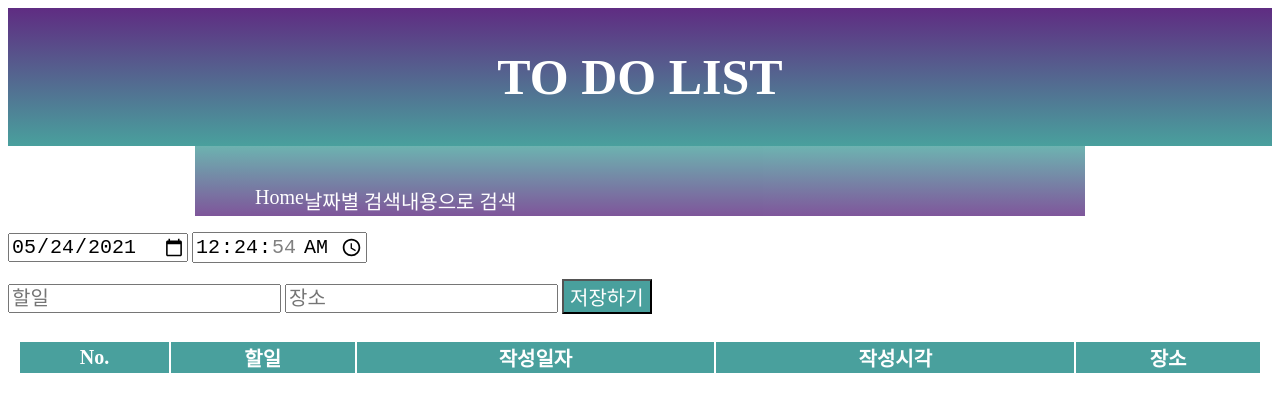
Repository: kimyoungjin98/Exam_Project
Page: http://localhost/Server_PR_TodoList/
The author's editor kept a copy of each file at every save. The page is drawn from the files as they stood at one save, then again after the next save.
The browser window is 1280 px wide. The pictures show the whole page.
Some web fonts or font styles are not loaded; a fallback is used. The page is served by Tomcat 9. Other server files are loaded and not shown. Queries for data that is not in the repository find no rows.

Above is the page before, as saved 2021-05-25 01:37:00.

### Server_PR_TodoList/src/main/webapp/WEB-INF/views/home.jsp
<%@ page language="java" contentType="text/html; charset=UTF-8"
    pageEncoding="UTF-8"%>
<%@ taglib uri="http://java.sun.com/jsp/jstl/core" prefix="c"%>
<c:set value="${pageContext.request.contextPath}" var="rootPath" />
<!DOCTYPE html>
<html>

<head>
<meta charset="UTF-8">
<title>어서오세요</title>
</head>
<script>
document.addEventListener("DOMContentLoaded",function(ev){

	document.querySelector("table")
	.addEventListener("click", function(ev){

		let tag = ev.target.tagName

		if(tag == "TD"){

			let seq = ev.target.closest("TR").dataset.seq

			document.location.href="${rootPath}/todo/view?td_seq=" + seq

		}

	})

})


</script>
<style>


@import url('https://fonts.googleapis.com/css2?family=Nanum+Gothic+Coding:wght@700&family=Roboto+Slab:wght@600&display=swap');
.jm-font {
		font-family: 'Nanum Gothic Coding', monospace;
		font-family: 'Roboto Slab', serif;
	}


table {
	width:100%;
	text-align: center;
	margin:3px auto;
	font-size:20px;
	padding:10px;
	font-weight: bolder;

}

table td{
	cursor:pointer;
	padding:5-%;


}

table td:hover{
	background-color: #49a09d;
	opacity: 0.5;
}

table div{
	border:1px solid #49a09d;
	outline:1px solid #49a09d;
}

table th{
	background-color:#49a09d;
	color:white;

}


</style>
<body>

	<%@ include file="/WEB-INF/views/banner.jsp" %>
	<p>
	<%@ include file="/WEB-INF/views/write.jsp" %>
	<p>
		<table>
		<div>
		<th>No.</th>
		<th>할일</th>
		<th>작성일자</th>
		<th>작성시각</th>
		<th>장소</th>
		</div>

		<c:forEach items="${TDLIST}" var="TD" varStatus="index">
			<tr data-seq="${TD.td_seq}">
				<td>${index.count}</td>
				<td>${TD.td_content}</td>
				<td>${TD.td_date}</td>
				<td>${TD.td_time}</td>
				<td>${TD.td_place}</td>
			</tr>

		</c:forEach>

	</table>

</body>
</html>

### Server_PR_TodoList/src/main/webapp/WEB-INF/views/banner.jsp
<%@ page language="java" contentType="text/html; charset=UTF-8"
    pageEncoding="UTF-8"%>
<%@ taglib uri="http://java.sun.com/jsp/jstl/core" prefix="c"%>
<c:set value="${pageContext.request.contextPath}" var="rootPath" />
<!DOCTYPE html>
<html>
<head>
<meta charset="UTF-8">
<title>Insert title here</title>
</head>
<script type="text/javascript">
document.addEventListener("DOMContentLoaded", function(){
	document.querySelector("nav").addEventListener("click",function(ev){

		let name = ev.target.id

		if(name == "home"){

			document
			.location
			.href="${rootPath}"


		}


	})

})

</script>
<style>
@import url('https://fonts.googleapis.com/css2?family=Nanum+Gothic+Coding:wght@700&family=Roboto+Slab:wght@600&display=swap');
.jm-font {
		font-family: 'Nanum Gothic Coding', monospace;
		font-family: 'Roboto Slab', serif;
	}

nav li:hover {

	cursor:pointer;

}

h1 {
	margin:auto;
	text-align: center;
	font-size:50px;
	background:linear-gradient(to bottom, #5f2c82, #49a09d);
	color:white;
	padding:40px;
}

nav {

	height:30px;
	width:850px;
	background:linear-gradient(to top, #5f2c82, #49a09d);
	opacity: 0.8;
	color:white;
	padding:20px;
	margin:auto;
	font-size:20px;


}

nav li{
	display:inline-block;
	list-style:none;
	float: left;
}


</style>
<body>
	<h1>TO DO LIST</h1>

	<nav>
	<ul>
	<li>Home</li>
	<li>날짜별 검색</li>
	<li >내용으로 검색</li>

	</ul>


	</nav>
</body>
</html>

### Server_PR_TodoList/src/main/webapp/WEB-INF/views/write.jsp
<%@ page language="java" contentType="text/html; charset=UTF-8"
    pageEncoding="UTF-8"%>
<%@ taglib uri="http://java.sun.com/jsp/jstl/core" prefix="c"%>
<c:set value="${pageContext.request.contextPath}" var="rootPath" />
<!DOCTYPE html>
<html>
<head>
<meta charset="UTF-8">
<title>Insert title here</title>
</head>
<script type="text/javascript">
document.addEventListener("DOMContentLoaded", function(ev){
	document.querySelector("button")
	.addEventListener("click",function(ev){

		let name = ev.target.className

		let td_date = document.querySelector("input[name='td_date']")
		let td_time = document.querySelector("input[name='td_time']")
		let td_content = document.querySelector("input[name='td_content']")
		let td_place = document.querySelector("input[name='td_place']")

		if(td_content.value == ""){

			alert("할일을 입력하세요 !")

			return false;
			}

			document.querySelector("form").submit();

	})

})

</script>
<style>

@import url('https://fonts.googleapis.com/css2?family=Nanum+Gothic+Coding:wght@700&family=Roboto+Slab:wght@600&display=swap');
.jm-font {
		font-family: 'Nanum Gothic Coding', monospace;
		font-family: 'Roboto Slab', serif;
	}

	label{
		font-size:20px;
	}

	input{
		font-size:20px;
	}

	button{
		background-color: #49a09d;
		color:white;
		font-size:20px;
		cursor:pointer;
	}


</style>
<body>



	<form method="POST" class="1">

	<input name="td_date" placeholder="작성일자" type="date" value="${TD.td_date}">
	<input name="td_time" placeholder="작성시각" type="time" value="${TD.td_time}"><p>
	<input name="td_content" placeholder="할일" value="${TD.td_content}"></input>
	<input name="td_place" placeholder="장소" value="${TD.td_place}">

		<button type="button">저장하기</button>
	</form>

</body>
</html>

### Server_PR_TodoList/src/main/java/com/callor/todo/controller/HomeController.java
package com.callor.todo.controller;

import java.io.IOException;
import java.text.SimpleDateFormat;
import java.util.Date;
import java.util.List;

import javax.servlet.ServletException;
import javax.servlet.annotation.WebServlet;
import javax.servlet.http.HttpServlet;
import javax.servlet.http.HttpServletRequest;
import javax.servlet.http.HttpServletResponse;

import com.callor.todo.model.TodoVO;
import com.callor.todo.service.TodoService;
import com.callor.todo.service.impl.TodoServiceImplV1;

@WebServlet("/")
public class HomeController extends HttpServlet{

	protected TodoService tdService;

	public HomeController() {

		tdService = new TodoServiceImplV1();

	}

	@Override
	protected void doGet(HttpServletRequest req, HttpServletResponse resp) throws ServletException, IOException {


		List<TodoVO> tdList = tdService.selectAll();

		req.setAttribute("TDLIST", tdList);

		SimpleDateFormat sDate = new SimpleDateFormat("yyyy-MM-dd");
		SimpleDateFormat sTime = new SimpleDateFormat("HH:mm:ss");
		Date date = new Date(System.currentTimeMillis());

		TodoVO tdVO = new TodoVO();

		tdVO.setTd_date(sDate.format(date));
		tdVO.setTd_time(sTime.format(date));

		req.setAttribute("TD", tdVO);

		ReqController.forward(resp, req, "home");

	}

	@Override
	protected void doPost(HttpServletRequest req, HttpServletResponse resp) throws ServletException, IOException {


		req.setCharacterEncoding("UTF-8");

		String td_date = req.getParameter("td_date");
		String td_content = req.getParameter("td_content");
		String td_time = req.getParameter("td_time");
		String td_place = req.getParameter("td_place");

		TodoVO tdVO = new TodoVO();

		tdVO.setTd_content(td_content);
		tdVO.setTd_date(td_date);
		tdVO.setTd_place(td_place);
		tdVO.setTd_time(td_time);

		tdService.insert(tdVO);

		System.out.println(tdVO.toString());

		resp.sendRedirect("/todo/");

	}

}

### Server_PR_TodoList/src/main/java/com/callor/todo/service/impl/TodoServiceImplV1.java
package com.callor.todo.service.impl;

import java.sql.Connection;
import java.sql.PreparedStatement;
import java.sql.ResultSet;
import java.sql.SQLException;
import java.util.ArrayList;
import java.util.List;

import com.callor.todo.config.DBConnect;
import com.callor.todo.model.TodoVO;
import com.callor.todo.service.TodoService;
import com.mysql.cj.x.protobuf.MysqlxPrepare.Prepare;

public class TodoServiceImplV1 implements TodoService {

	protected Connection dbConn;

	public TodoServiceImplV1() {

		dbConn = DBConnect.getDB();

	}

	protected List<TodoVO> select(PreparedStatement pStr) throws SQLException {

		List<TodoVO> tdList = new ArrayList<TodoVO>();
		ResultSet rSet = pStr.executeQuery();

		while (rSet.next()) {

			TodoVO tdVO = new TodoVO();

			tdVO.setTd_content(rSet.getString("td_content"));
			tdVO.setTd_date(rSet.getString("td_date"));
			tdVO.setTd_place(rSet.getString("td_place"));
			tdVO.setTd_time(rSet.getString("td_time"));
			tdVO.setTd_seq(rSet.getLong("td_seq"));
			tdList.add(tdVO);

		}

		return tdList;
	}

	@Override
	public List<TodoVO> selectAll() {
		// TODO Auto-generated method stub

		String sql = " SELECT * FROM tbl_todo ";

		PreparedStatement pStr = null;

		try {

			pStr = dbConn.prepareStatement(sql);
			List<TodoVO> tdList = this.select(pStr);


			return tdList;

		} catch (SQLException e) {
			// TODO Auto-generated catch block
			e.printStackTrace();
		}

		return null;
	}

	@Override
	public TodoVO findById(Long td_seq) {
		// TODO Auto-generated method stub

		String sql = " SELECT * FROM tbl_todo ";
		sql += " WHERE td_seq = ? ";

		PreparedStatement pStr = null;

		try {
			pStr = dbConn.prepareStatement(sql);
			pStr.setLong(1, td_seq);

			List<TodoVO> tdList = this.select(pStr);

			if(tdList != null && tdList.size() > 0) {

				return tdList.get(0);
			}

		} catch (SQLException e) {
			// TODO Auto-generated catch block
			e.printStackTrace();
		}

		return null;
	}

	@Override
	public Integer insert(TodoVO tdVO) {
		// TODO Auto-generated method stub

		String sql = " INSERT INTO tbl_todo ";
		sql += " (td_content, td_date, td_time, td_place) ";
		sql += " VALUES(?,?,?,?) ";

		PreparedStatement pStr = null;

		try {
			pStr = dbConn.prepareStatement(sql);
			pStr.setString(1, tdVO.getTd_content());
			pStr.setString(2, tdVO.getTd_date());
			pStr.setString(3, tdVO.getTd_time());
			pStr.setString(4, tdVO.getTd_place());

			return pStr.executeUpdate();



		} catch (SQLException e) {
			// TODO Auto-generated catch block
			e.printStackTrace();
		}

		return null;
	}

	@Override
	public Integer update(TodoVO tdVO) {
		// TODO Auto-generated method stub

		String sql = " UPDATE tbl_todo SET ";
		sql += " td_content = ?, ";
		sql += " td_date = ?, ";
		sql += " td_time = ?, ";
		sql += " td_place = ? ";
		sql += " WHERE td_seq = ? ";

		PreparedStatement pStr = null;

		try {
			pStr = dbConn.prepareStatement(sql);
			pStr.setString(1, tdVO.getTd_content());
			pStr.setString(2, tdVO.getTd_date());
			pStr.setString(3, tdVO.getTd_time());
			pStr.setString(4, tdVO.getTd_place());
			pStr.setLong(5, tdVO.getTd_seq());


			return pStr.executeUpdate();


		} catch (SQLException e) {
			// TODO Auto-generated catch block
			e.printStackTrace();
		}

		return null;
	}

	@Override
	public Integer delete(Long td_seq) {
		// TODO Auto-generated method stub

		String sql = " DELETE FROM tbl_todo ";
		sql += " WHERE td_seq = ? ";

		PreparedStatement pStr = null;

		try {
			pStr = dbConn.prepareStatement(sql);
			pStr.setLong(1, td_seq);

			return pStr.executeUpdate();
		} catch (SQLException e) {
			// TODO Auto-generated catch block
			e.printStackTrace();
		}



		return null;
	}

}

### Server_PR_TodoList/src/main/java/com/callor/todo/config/DBConnect.java
package com.callor.todo.config;

import java.sql.Connection;
import java.sql.DriverManager;
import java.sql.SQLException;

public class DBConnect {

	private static Connection dbConn;

	static {

		String driver = "com.mysql.cj.jdbc.Driver";
		String url = "jdbc:mysql://localhost:3306/todo";
		String user = "todoList";
		String pw = "1234";

		try {
			Class.forName(driver);

			if (dbConn == null) {
				dbConn = DriverManager.getConnection(url, user, pw);
			}

			System.out.println("DB 접속 성공");

		} catch (ClassNotFoundException e) {
			// TODO Auto-generated catch block
			e.printStackTrace();
		} catch (SQLException e) {
			// TODO Auto-generated catch block
			e.printStackTrace();
		}

	}

	public static Connection getDB() {

		return dbConn;
	}

}

### Server_PR_TodoList/src/main/java/com/callor/todo/model/TodoVO.java
package com.callor.todo.model;

import lombok.AllArgsConstructor;
import lombok.Getter;
import lombok.NoArgsConstructor;
import lombok.Setter;
import lombok.ToString;

@Getter
@Setter
@ToString
@AllArgsConstructor
@NoArgsConstructor
public class TodoVO {

	private Long td_seq;
	private String td_place;
	private String td_date;
	private String td_time;
	private String td_content;

}

### Server_PR_TodoList/src/main/java/com/callor/todo/controller/ReqController.java
package com.callor.todo.controller;

import java.io.IOException;

import javax.servlet.ServletException;
import javax.servlet.http.HttpServlet;
import javax.servlet.http.HttpServletRequest;
import javax.servlet.http.HttpServletResponse;

public class ReqController extends HttpServlet{

	public static void forward(HttpServletResponse res, HttpServletRequest req, String file) throws ServletException, IOException {

		String root = "/WEB-INF/views/" + file + ".jsp";

		req.getRequestDispatcher(root).forward(req, res);

	}

}

After the next save:
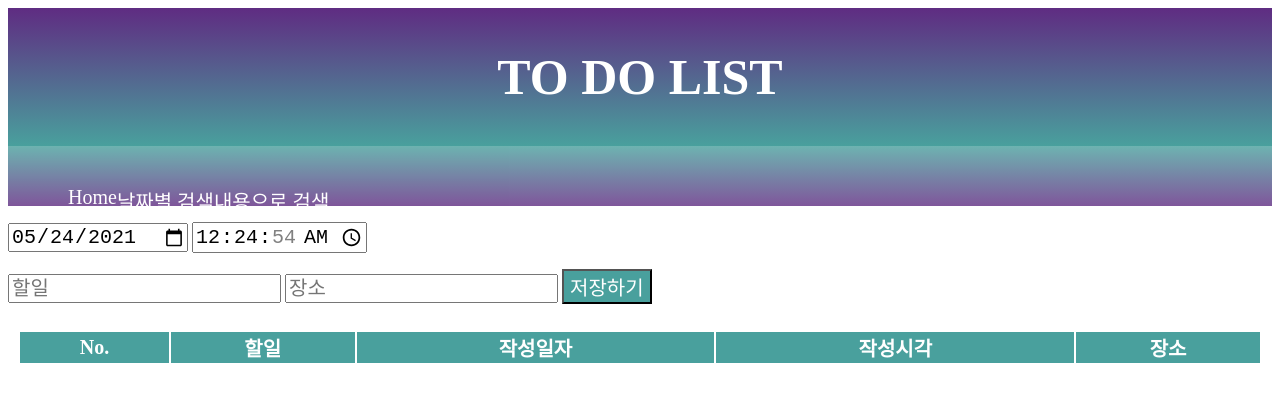
Saved 11 s later.
--- a/Server_PR_TodoList/src/main/webapp/WEB-INF/views/banner.jsp
+++ b/Server_PR_TodoList/src/main/webapp/WEB-INF/views/banner.jsp
@@ -53,8 +53,6 @@ h1 {
 
 nav {
 
-	height:30px;
-	width:850px;
 	background:linear-gradient(to top, #5f2c82, #49a09d);
 	opacity: 0.8;
 	color:white;
